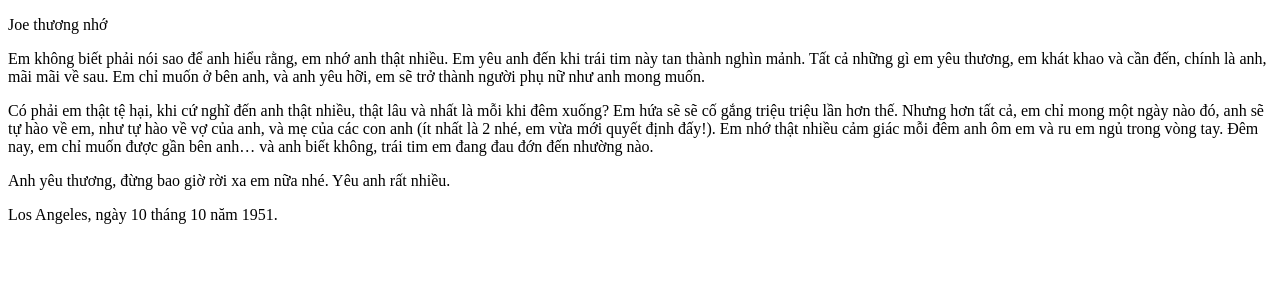
Repository: tungts3qb/BTCodeGym
Page: letter.html
The author's editor kept a copy of each file at every save. The page is drawn from the files as they stood at one save, then again after the next save.
The browser window is 1280 px wide. The pictures show the whole page.

Above is the page before, as saved 2022-12-19 15:52:14.

### letter.html
<!DOCTYPE html>
<html lang="en">
<head>
    <meta charset="UTF-8">
    <meta http-equiv="X-UA-Compatible" content="IE=edge">
    <meta name="viewport" content="width=device-width, initial-scale=1.0">
    <title>[Bài tập] Chương trình in nội dung bức thư</title>
</head>
<body>

    <div width = "80%">
        <p>Joe thương nhớ</p>
        <p>
            Em không biết phải nói sao để anh hiểu rằng, em nhớ anh thật nhiều. Em yêu anh đến khi trái tim này tan thành nghìn
            mảnh. Tất cả những gì em yêu thương, em khát khao và cần đến, chính là anh, mãi mãi về sau. Em chỉ muốn ở bên anh, và
            anh yêu hỡi, em sẽ trở thành người phụ nữ như anh mong muốn.
        </p>
        <p>
            Có phải em thật tệ hại, khi cứ nghĩ đến anh thật nhiều, thật lâu và nhất là mỗi khi đêm xuống? Em hứa sẽ sẽ cố gắng
            triệu triệu lần hơn thế. Nhưng hơn tất cả, em chỉ mong một ngày nào đó, anh sẽ tự hào về em, như tự hào về vợ của anh,
            và mẹ của các con anh (ít nhất là 2 nhé, em vừa mới quyết định đấy!). Em nhớ thật nhiều cảm giác mỗi đêm anh ôm em và ru
            em ngủ trong vòng tay. Đêm nay, em chỉ muốn được gần bên anh… và anh biết không, trái tim em đang đau đớn đến nhường
            nào.
        </p>
        <p>
            Anh yêu thương, đừng bao giờ rời xa em nữa nhé. Yêu anh rất nhiều.
        </p>
        <p>
            Los Angeles, ngày 10 tháng 10 năm 1951.
        </p>
    </div>
</body>
</html>

After the next save:
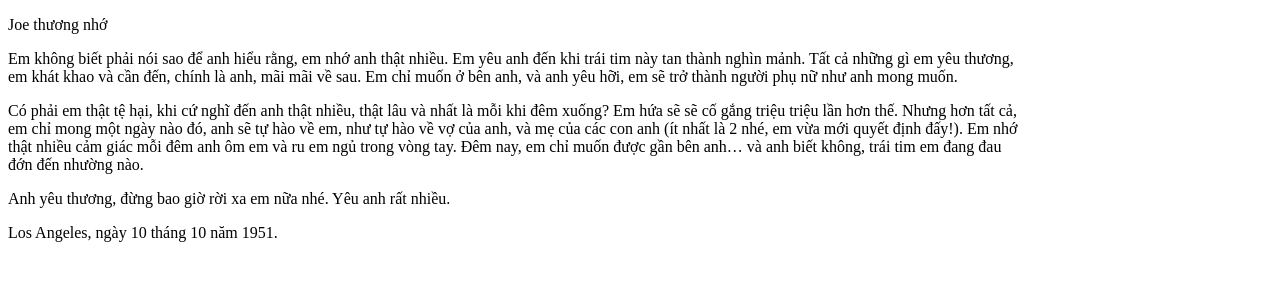
Saved 56 s later.
--- a/letter.html
+++ b/letter.html
@@ -7,8 +7,12 @@
     <title>[Bài tập] Chương trình in nội dung bức thư</title>
 </head>
 <body>
-
-    <div width = "80%">
+    <style>
+        #letter{
+            width: 80%;
+        }
+    </style>
+    <div id="letter">
         <p>Joe thương nhớ</p>
         <p>
             Em không biết phải nói sao để anh hiểu rằng, em nhớ anh thật nhiều. Em yêu anh đến khi trái tim này tan thành nghìn
